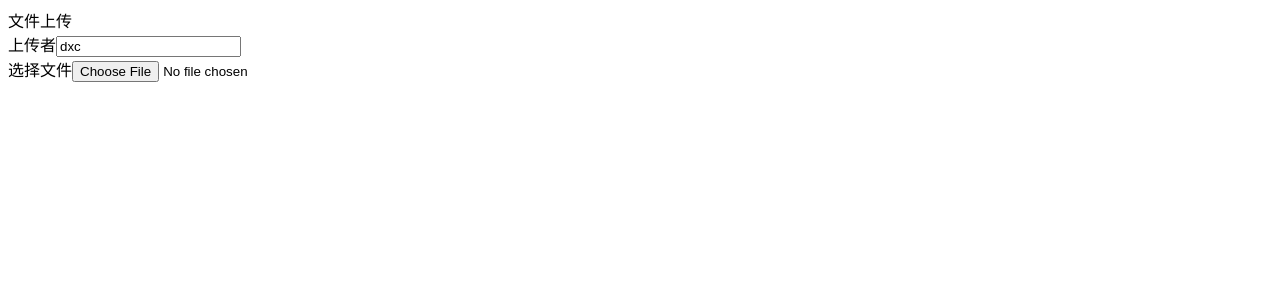
Repository: stranxxc/java_code
Page: http://localhost/SSM_03_Spring_MVC_dxc_53/file_upload_mvc_dxc.jsp
An editor plug-in stored every save of this project. The page is shown before and after the next save, followed by the edit.
The browser window is 1280 px wide. The pictures show the whole page.
The page is served by Tomcat 9.

Above is the page before, as saved 2026-06-02 02:38:57.

After the next save:
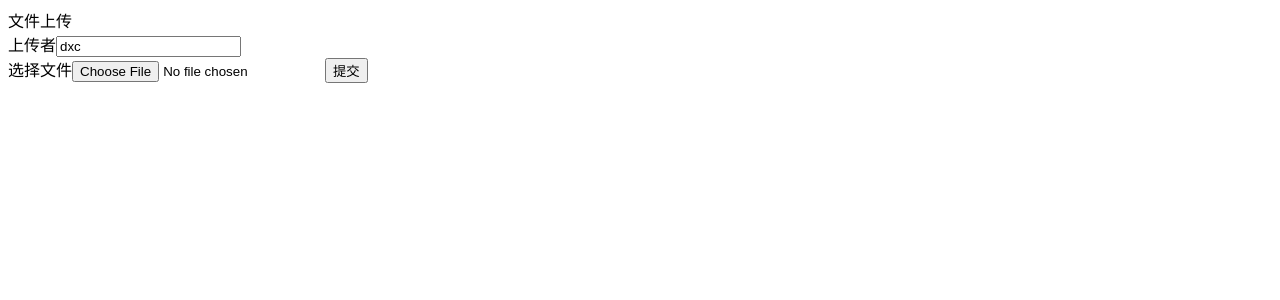
Saved 63 s later.
--- a/SSM_03_Spring_MVC_dxc_53/WebRoot/file_upload_mvc_dxc.jsp
+++ b/SSM_03_Spring_MVC_dxc_53/WebRoot/file_upload_mvc_dxc.jsp
@@ -27,6 +27,6 @@ String basePath = request.getScheme()+"://"+request.getServerName()+":"+request.
   </body>
   文件上传
   <form action="">
-  上传者<input type="text" name="upload_user_name" value="dxc"></br>选择文件<input type="file" name="upload_file">
+  上传者<input type="text" name="upload_user_name" value="dxc"></br>选择文件<input type="file" name="upload_file" /><input type="submit" value="提交"/>
   </form>
 </html>
